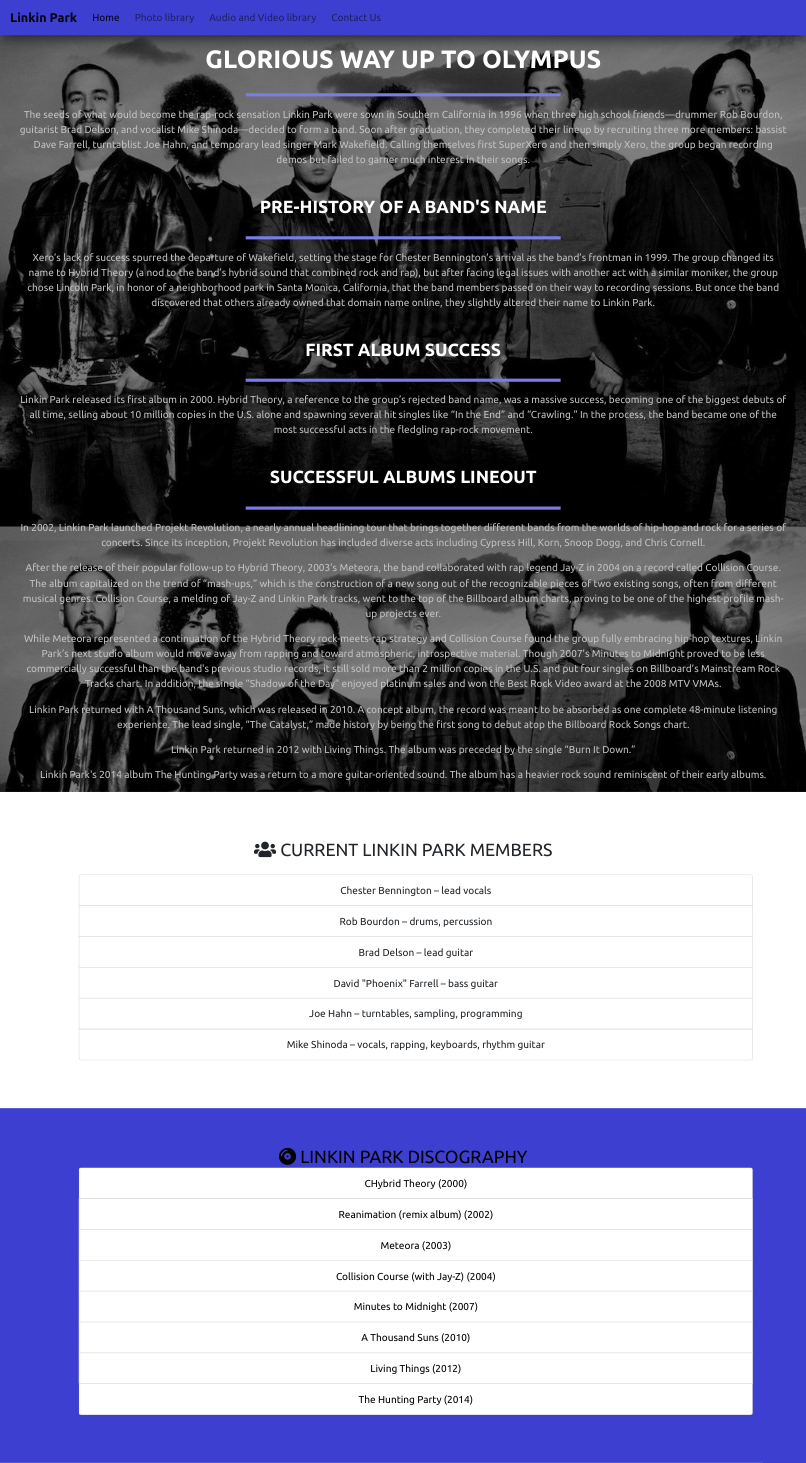
Repository: vaida898/website
Page: index.html
The author's editor kept a record of every edit. The page is drawn from the files as they stood at one moment, then again after the next edit.
The browser window is 1280 px wide. The pictures show the whole page, at 63% of full size.
Backgrounds fixed to the window are drawn as part of the page. Some web libraries are served in a nearby version.

Above is the page before.
Console error: TypeError: Cannot read properties of undefined (reading 'fn')

After the next edit:
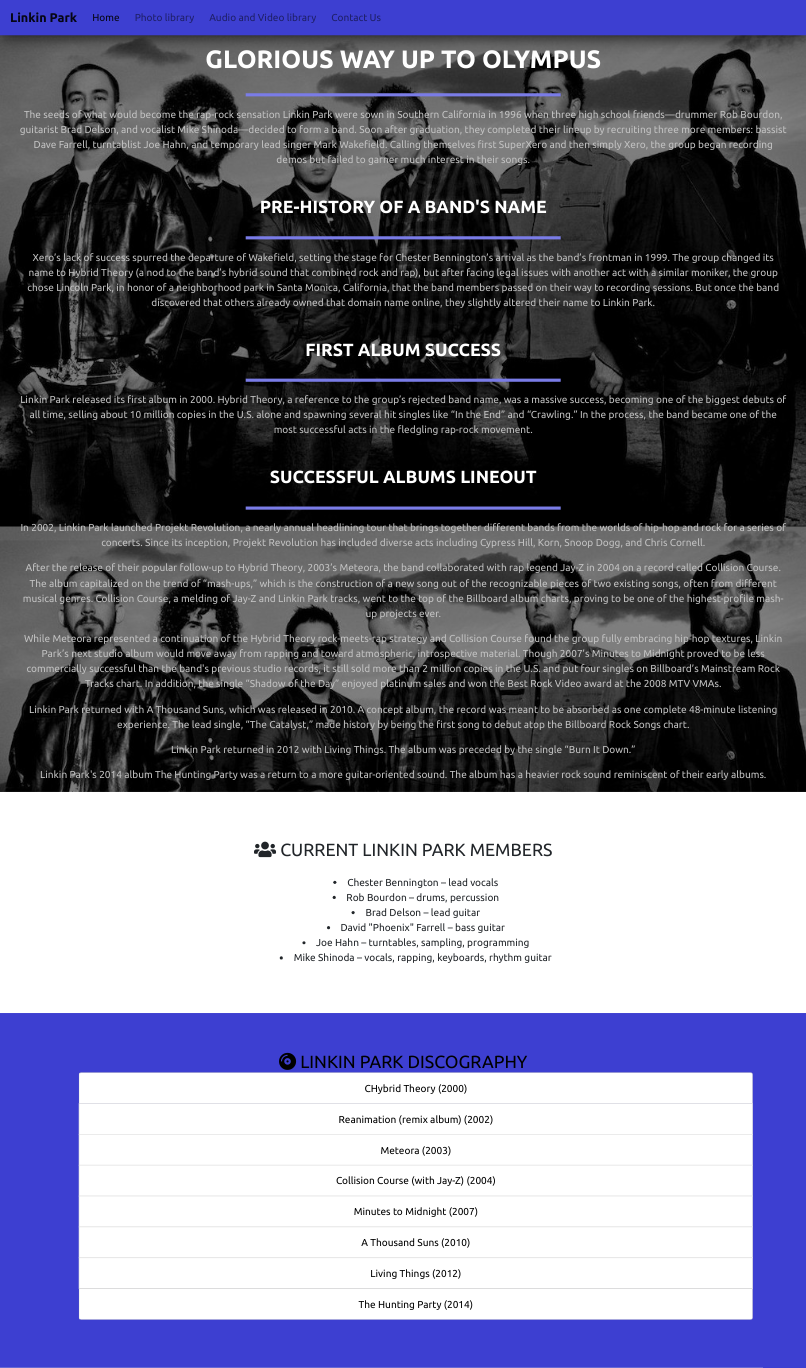
The edit:
--- a/index.html
+++ b/index.html
@@ -122,12 +122,12 @@
                 <div class="row">
                     <div class="col-12 col-md-12">
                         <ul class="members-list">
-                            <li class="list-group-item">Chester Bennington – lead vocals</li>
-                            <li class="list-group-item">Rob Bourdon – drums, percussion</li>
-                            <li class="list-group-item">Brad Delson – lead guitar</li>
-                            <li class="list-group-item">David "Phoenix" Farrell – bass guitar</li>
-                            <li class="list-group-item">Joe Hahn – turntables, sampling, programming</li>
-                            <li class="list-group-item">Mike Shinoda – vocals, rapping, keyboards, rhythm guitar</li>
+                            <li class="members-list-item">Chester Bennington – lead vocals</li>
+                            <li class="members-list-item">Rob Bourdon – drums, percussion</li>
+                            <li class="members-list-item">Brad Delson – lead guitar</li>
+                            <li class="members-list-item">David "Phoenix" Farrell – bass guitar</li>
+                            <li class="members-list-item">Joe Hahn – turntables, sampling, programming</li>
+                            <li class="members-list-item">Mike Shinoda – vocals, rapping, keyboards, rhythm guitar</li>
                         </ul>
                     </div>
                 </div>
